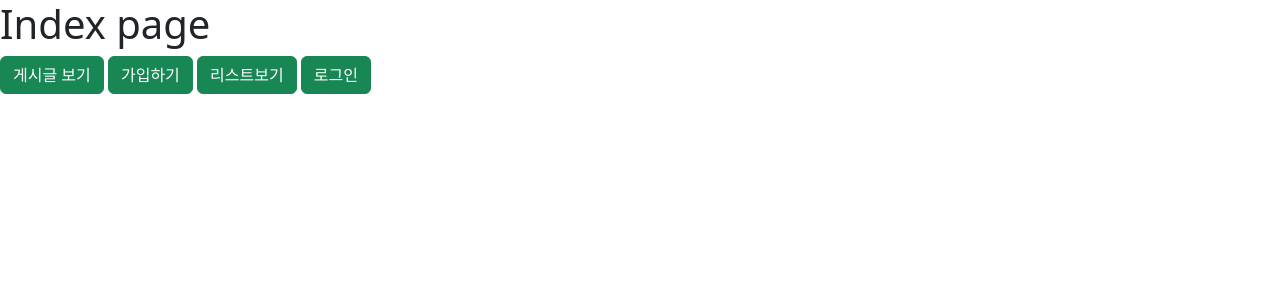
Repository: doridori890130/JSP
Page: http://localhost/jsp_project/mem/login_auth
An editor plug-in stored every save of this project. The page is shown before and after the next save, followed by the edit.
The browser window is 1280 px wide. The pictures show the whole page.
The page is served by Tomcat 9. Other server files are loaded and not shown. Queries for data that is not in the repository find no rows.

Above is the page before, as saved 2023-05-31 07:08:56.

### jsp_project4/jsp_project/src/main/webapp/index.jsp
<%@ page language="java" contentType="text/html; charset=UTF-8"
    pageEncoding="UTF-8"%>
<%@ taglib uri="http://java.sun.com/jsp/jstl/core" prefix="c" %>
<!DOCTYPE html>
<html>
<head>
<meta charset="UTF-8">
<!-- CSS only -->
<link href="https://cdn.jsdelivr.net/npm/bootstrap@5.2.2/dist/css/bootstrap.min.css" rel="stylesheet" integrity="sha384-Zenh87qX5JnK2Jl0vWa8Ck2rdkQ2Bzep5IDxbcnCeuOxjzrPF/et3URy9Bv1WTRi" crossorigin="anonymous">
<title>index</title>
</head>
<body>
	<h1>Index page</h1>
<c:if test="${ses.id ne null }">
${ses.id }님이 login 하였습니다. <br>
${ses.id }님은 ${ses.age}세입니다. <br>
계정생성일 : ${ses.reg_date }<br>
마지막 접속 : ${ses.last_login }<br>
<br>
<a href="/mem/modify"><button class="btn btn-primary">회원정보수정</button></a>
<a href="/mem/remove"><button class="btn btn-primary">회원탈퇴</button></a>

<br> <br> <br>
<a href="/brd/register"><button class="btn btn-success">게시글 작성</button></a>
</c:if>

<a href="/brd/page"><button class="btn btn-success">게시글 보기</button></a>
<a href="/mem/join"><button class="btn btn-success">가입하기</button></a>
<a href="/mem/list"><button class="btn btn-success">리스트보기</button></a>
<c:if test="${ses.id eq null }">
<a href="/mem/login"><button class="btn btn-success">로그인</button></a>
</c:if>
<c:if test="${ses.id ne null }">
<a href="/mem/logout"><button class="btn btn-info">로그아웃</button></a>
</c:if>

<script type="text/javascript">
const msg_login = `<c:out value="${msg_login}" />`;
console.log(msg_login);
if(msg_login === '0'){
	alert('로그인 정보가 올바르지 않습니다.');
}
</script>
</body>
</html>

### jsp_project4/jsp_project/src/main/java/Controller/MemberController.java
package Controller;

import java.io.IOException;
import java.util.List;

import javax.servlet.RequestDispatcher;
import javax.servlet.ServletException;
import javax.servlet.annotation.WebServlet;
import javax.servlet.http.HttpServlet;
import javax.servlet.http.HttpServletRequest;
import javax.servlet.http.HttpServletResponse;
import javax.servlet.http.HttpSession;

import org.slf4j.Logger;
import org.slf4j.LoggerFactory;

import domain.MemberVO;
import service.MemberService;
import service.MemberServiceImpl;

/**
 * Servlet implementation class MemberController
 */
@WebServlet("/mem/*")
public class MemberController extends HttpServlet {
	private static final long serialVersionUID = 1L;
	private static Logger log = LoggerFactory.getLogger(MemberController.class);
	private RequestDispatcher rdp; // 웹의 목적지 주소로 객체를 전달해주는 객체
    private String destpage;
    private int isOk;
    private MemberService msv;

    public MemberController() {
        msv = new MemberServiceImpl();
    }


	protected void service(HttpServletRequest request, HttpServletResponse response) throws ServletException, IOException {
		//characterENcoding 설정
		request.setCharacterEncoding("utf-8");
		response.setCharacterEncoding("utf-8");
		response.setContentType("text/html; charset=utf-8");

		String uri = request.getRequestURI();
		log.info(">>> uri : "+uri);
		String path = uri.substring(uri.lastIndexOf("/")+1);
		log.info(">>> path : "+path);

		switch(path) {
		case "join":
			destpage="/member/join.jsp";
			break;
		case "register":
			try {
				String id = request.getParameter("id");
				String password = request.getParameter("password");
				String email = request.getParameter("email");
				int age = Integer.parseInt(request.getParameter("age"));
				MemberVO mvo = new MemberVO(id,password,email,age);
				isOk = msv.register(mvo);
			} catch (Exception e) {
				e.printStackTrace();
			}
			break;
		case "login":
			destpage="/member/login.jsp";
			break;
		case "login_auth":
			try {
				String id = request.getParameter("id");
				String password = request.getParameter("password");
				MemberVO mvo= new MemberVO(id,password);
				MemberVO loginMvo = msv.login(mvo);
				if(loginMvo != null) {
					HttpSession ses = request.getSession();
					ses.setAttribute("ses", loginMvo);
					ses.setMaxInactiveInterval(10*60);
				}else {
					request.setAttribute("msg_login", 0);
				}
				destpage="/";
			} catch (Exception e) {
				e.printStackTrace();
			}
			break;
		case "logout":
			try {
				HttpSession ses = request.getSession();
				MemberVO mvo = (MemberVO )ses.getAttribute("ses");
				String id = mvo.getId();
				isOk = msv.lastlogin(id);
				ses.invalidate();

			} catch (Exception e) {
				e.printStackTrace();
			}
			destpage="/";
			break;
		case "modify":
			destpage="/member/modify.jsp";
			break;
		case "edit" :
			try {
				MemberVO mvo = new MemberVO(
						request.getParameter("id"),
						request.getParameter("password"),
						request.getParameter("email"),
						Integer.parseInt(request.getParameter("age")),
						request.getParameter("reg_date"),
						request.getParameter("last_login"));
				isOk=msv.modify(mvo);
				if(isOk>0) {
					request.setAttribute("mvo", mvo);
					HttpSession ses = request.getSession();
					ses.setAttribute("ses", mvo);
				}
				destpage="/";
			} catch (Exception e) {
				e.printStackTrace();
			}
			break;
		case "list" :
			try {
				List<MemberVO> list = msv.getList();
				request.setAttribute("list", list);
				destpage="/member/list.jsp";
			} catch (Exception e) {
				e.printStackTrace();
			}
			break;
		case "remove":
			try {
				HttpSession ses = request.getSession();
				MemberVO reMvo = (MemberVO)ses.getAttribute("ses");
				String delId= reMvo.getId();
				isOk = msv.remove(delId);
				ses.invalidate();
				destpage="/";
			} catch (Exception e) {
				e.printStackTrace();
			}
			break;
		}


		rdp = request.getRequestDispatcher(destpage);
		rdp.forward(request, response);
	}


	protected void doGet(HttpServletRequest request, HttpServletResponse response) throws ServletException, IOException {
		service(request,response);
	}


	protected void doPost(HttpServletRequest request, HttpServletResponse response) throws ServletException, IOException {
		service(request,response);
	}

}

### jsp_project4/jsp_project/src/main/java/service/MemberServiceImpl.java
package service;

import java.util.List;

import org.slf4j.Logger;
import org.slf4j.LoggerFactory;

import domain.MemberVO;
import repository.MemberDAO;
import repository.MemberDAOImpl;

public class MemberServiceImpl implements MemberService {
	private static Logger log = LoggerFactory.getLogger(MemberServiceImpl.class);
	private MemberDAO mdao;

	public MemberServiceImpl() {
		mdao= new MemberDAOImpl();
	}

	@Override
	public int register(MemberVO mvo) {
		log.info(">>register service");
		return mdao.register(mvo);
	}

	@Override
	public MemberVO login(MemberVO mvo) {
		log.info(">>login service");
		return mdao.login(mvo);
	}

	@Override
	public int lastlogin(String id) {
		log.info(">>lastlogin service");
		return mdao.lastlogin(id);
	}

	@Override
	public int modify(MemberVO mvo) {
		log.info(">>lastlogin service");
		return mdao.modify(mvo);
	}

	@Override
	public List<MemberVO> getList() {
		log.info(">>lastlogin service");
		return mdao.list();
	}

	@Override
	public int remove(String delId) {
		log.info(">>lastlogin service");
		return mdao.remove(delId);
	}
}

### jsp_project4/jsp_project/src/main/java/repository/MemberDAO.java
package repository;

import java.util.List;

import domain.MemberVO;

public interface MemberDAO {

	int register(MemberVO mvo);

	MemberVO login(MemberVO mvo);

	int lastlogin(String id);

	int modify(MemberVO mvo);

	List<MemberVO> list();

	int remove(String delId);

}

### jsp_project4/jsp_project/src/main/java/repository/MemberDAOImpl.java
package repository;

import java.util.List;

import org.apache.ibatis.session.SqlSession;
import org.slf4j.Logger;
import org.slf4j.LoggerFactory;

import domain.MemberVO;
import orm.DatabaseBuilder;



public class MemberDAOImpl implements MemberDAO {
	private static Logger log = LoggerFactory.getLogger(MemberDAOImpl.class);
	private SqlSession sql;
	private String NS = "MemberMapper.";

	public MemberDAOImpl() {
		new DatabaseBuilder();
		sql= DatabaseBuilder.getFactory().openSession();
	}

	@Override
	public int register(MemberVO mvo) {
		int isOk=sql.insert(NS+"register",mvo);
		if(isOk>0) {
			sql.commit();
		}
		return isOk;
	}

	@Override
	public MemberVO login(MemberVO mvo) {

		return sql.selectOne(NS+"login",mvo);
	}

	@Override
	public int lastlogin(String id) {
		int isOk=sql.update(NS+"lastlogin",id);
		if(isOk>0) {
			sql.commit();
		}
		return isOk;
	}

	@Override
	public int modify(MemberVO mvo) {
		int isOk=sql.update(NS+"modify",mvo);
		if(isOk>0) {
			sql.commit();
		}
		return isOk;
	}

	@Override
	public List<MemberVO> list() {

		return sql.selectList(NS+"list");
	}

	@Override
	public int remove(String delId) {
		int isOk=sql.delete(NS+"del",delId);
		if(isOk>0) {
			sql.commit();
		}
		return isOk;
	}
}

### jsp_project4/jsp_project/src/main/java/orm/DatabaseBuilder.java
package orm;


import java.io.IOException;
import org.apache.ibatis.io.Resources;
import org.apache.ibatis.session.SqlSessionFactory;
import org.apache.ibatis.session.SqlSessionFactoryBuilder;
import org.slf4j.Logger;
import org.slf4j.LoggerFactory;

public class DatabaseBuilder {
	private static Logger log = LoggerFactory.getLogger(DatabaseBuilder.class);
	private static SqlSessionFactory factory;
	private static final String config = "orm/MybatisConfig.xml";

	static {
		try {
			factory = new SqlSessionFactoryBuilder().build(Resources.getResourceAsReader(config));

		} catch (IOException e) {
			log.info("Mybatis 설정오류");
			e.printStackTrace();
		}
	}
	public static SqlSessionFactory getFactory() {
		return factory;
	}
}

### jsp_project4/jsp_project/src/main/java/domain/MemberVO.java
package domain;

public class MemberVO {
//	create table meminfo(
//			mno int auto_increment,
//			id varchar(100),
//			password varchar(100),
//			email varchar(100),
//			age int,
//			reg_date datetime default now(),
//			last_login datetime default null,
//			primary key(mno));
	private int mno;
	private String id;
	private String password;
	private String email;
	private int age;
	private String reg_date;
	private String last_login;

	public MemberVO() {}
	//resister (id, passwor, email, age)
	public MemberVO(String id ,String password, String email, int age) {
		this.id=id;
		this.password=password;
		this.email=email;
		this.age=age;
	}

	// login
	public MemberVO(String id, String password) {
		this.id=id;
		this.password=password;
	}

	//list(id, email, age, reg_date, last_login)
	public MemberVO(String id, String email,int age,String reg_date , String last_login) {
		this.id=id;
		this.email=email;
		this.age=age;
		this.reg_date=reg_date;
		this.last_login=last_login;
	}
	//modify (password, age, email)
	public MemberVO(String password, int age, String email) {
		this.password=password;
		this.age=age;
		this.email=email;
	}
	public MemberVO(String id, String password, String email, int age, String reg_date, String last_login) {

		this.id = id;
		this.password = password;
		this.email = email;
		this.age = age;
		this.reg_date = reg_date;
		this.last_login = last_login;
	}
	public int getMno() {
		return mno;
	}
	public void setMno(int mno) {
		this.mno = mno;
	}
	public String getId() {
		return id;
	}
	public void setId(String id) {
		this.id = id;
	}
	public String getPassword() {
		return password;
	}
	public void setPassword(String password) {
		this.password = password;
	}
	public String getEmail() {
		return email;
	}
	public void setEmail(String email) {
		this.email = email;
	}
	public int getAge() {
		return age;
	}
	public void setAge(int age) {
		this.age = age;
	}
	public String getReg_date() {
		return reg_date;
	}
	public void setReg_date(String reg_date) {
		this.reg_date = reg_date;
	}
	public String getLast_login() {
		return last_login;
	}
	public void setLast_login(String last_login) {
		this.last_login = last_login;
	}
	@Override
	public String toString() {
		return "MemberVo [mno=" + mno + ", id=" + id + ", password=" + password + ", email=" + email + ", age=" + age
				+ ", reg_date=" + reg_date + ", last_login=" + last_login + "]";
	}

}

### jsp_project4/jsp_project/src/main/java/domain/BoardVO.java
package domain;

public class BoardVO {
	private int bno;
	private String title;
	private String writer;
	private String content;
	private String reg_date;
	private int read_count;
	private String image_file;

	public BoardVO() {}

	//register(title, writer, content)
	public BoardVO(String title, String writer, String content) {
		this.title = title;
		this.writer = writer;
		this.content = content;
	}
	//list(bno, title, writer, reg_date)
	public BoardVO(int bno, String title, String writer,
			String reg_date, int read_count) {
		this.bno = bno;
		this.title = title;
		this.writer = writer;
		this.reg_date = reg_date;
		this.read_count = read_count;
	}
	//detail(all)
	public BoardVO(int bno, String title, String writer, String content, String reg_date, int read_count, String image_file) {
		this.bno = bno;
		this.title = title;
		this.writer = writer;
		this.content = content;
		this.reg_date = reg_date;
		this.read_count = read_count;
		this.image_file = image_file;
	}

	//update(bno, title, content)
	public BoardVO(int bno, String title, String content) {
		this.bno = bno;
		this.title =title;
		this.content=content;
	}

	//getter/setter
	public int getBno() {
		return bno;
	}

	public void setBno(int bno) {
		this.bno = bno;
	}

	public String getTitle() {
		return title;
	}

	public int getRead_count() {
		return read_count;
	}

	public void setRead_count(int read_count) {
		this.read_count = read_count;
	}

	public void setTitle(String title) {
		this.title = title;
	}

	public String getWriter() {
		return writer;
	}

	public void setWriter(String writer) {
		this.writer = writer;
	}

	public String getContent() {
		return content;
	}

	public void setContent(String content) {
		this.content = content;
	}

	public String getReg_date() {
		return reg_date;
	}

	public void setReg_date(String reg_date) {
		this.reg_date = reg_date;
	}


	public String getImage_file() {
		return image_file;
	}

	public void setImage_file(String image_file) {
		this.image_file = image_file;
	}

	@Override
	public String toString() {
		return "BoardVO [bno=" + bno + ", title=" + title + ", writer=" + writer + ", content=" + content
				+ ", reg_date=" + reg_date + ", read_count=" + read_count + "]";
	}




}

### jsp_project4/jsp_project/src/main/java/domain/CommentVO.java
package domain;

public class CommentVO {
	private int cno;
	private int bno;
	private String writer;
	private String content;
	private String reg_date;

	public CommentVO() {}

	//post(bno, writer, content)
	public CommentVO(int bno, String writer, String content) {
	this.bno=bno;
	this.writer=writer;
	this.content=content;
	}
	//(writer, content, cno)
	public CommentVO(String writer, String content, int cno) {
	this.writer = writer;
	this.content = content;
	this.cno = cno;
	}
	//modify(cno, content)
	public CommentVO(int cno, String content) {
		this.cno = cno;
		this.content = content;
	}
	//list(bno, cno, writer, content, reg_date)
	public CommentVO(int bno, int cno, String writer, String content,
			String reg_date) {
		this(bno, writer, content);
		this.cno=cno;
		this.reg_date=reg_date;
	}

	public int getCno() {
		return cno;
	}

	public void setCno(int cno) {
		this.cno = cno;
	}

	public int getBno() {
		return bno;
	}

	public void setBno(int bno) {
		this.bno = bno;
	}

	public String getWriter() {
		return writer;
	}

	public void setWriter(String writer) {
		this.writer = writer;
	}

	public String getContent() {
		return content;
	}

	public void setContent(String content) {
		this.content = content;
	}

	public String getReg_date() {
		return reg_date;
	}

	public void setReg_date(String reg_date) {
		this.reg_date = reg_date;
	}

	@Override
	public String toString() {
		return "CommentVO [cno=" + cno + ", bno=" + bno + ", writer=" + writer + ", content=" + content + ", reg_date="
				+ reg_date + "]";
	}
}

### jsp_project4/jsp_project/src/main/java/domain/PagingVO.java
package domain;

public class PagingVO {
	private int pageNo;
	private int qty;

	private String type;
	private String keyword;

	public PagingVO() {
		this(1,10);
	}
	public PagingVO(int pageNo, int qty) {
		this.pageNo=pageNo;
		this.qty=qty;
	}

	public int getPageStart() {
		return (this.pageNo-1)*10;
	}

	public String[] gettypeToArray() {
		return this.type == null ? new String[] {} : this.type.split("");
	}
	public int getPageNo() {
		return pageNo;
	}
	public void setPageNo(int pageNo) {
		this.pageNo = pageNo;
	}
	public int getQty() {
		return qty;
	}
	public void setQty(int qty) {
		this.qty = qty;
	}
	public String getType() {
		return type;
	}
	public void setType(String type) {
		this.type = type;
	}
	public String getKeyword() {
		return keyword;
	}
	public void setKeyword(String keyword) {
		this.keyword = keyword;
	}
	@Override
	public String toString() {
		return "PagingVO [pageNo=" + pageNo + ", qty=" + qty + ", type=" + type + ", keyword=" + keyword + "]";
	}

}

After the next save:
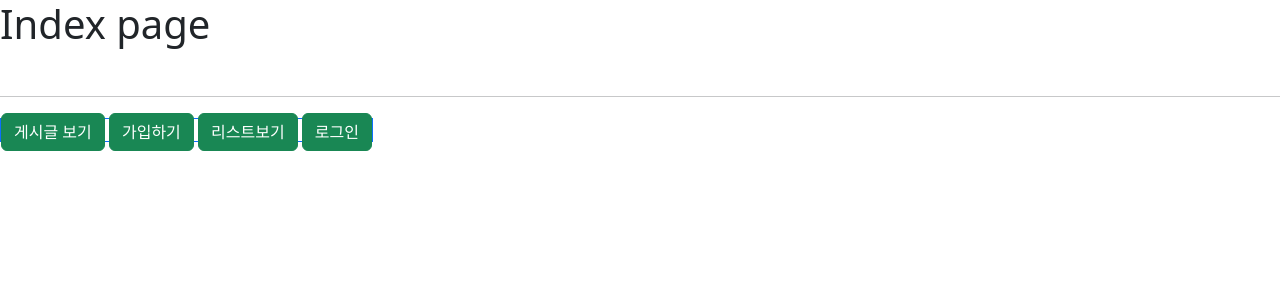
Saved 2 min 16 s later.
--- a/jsp_project4/jsp_project/src/main/webapp/index.jsp
+++ b/jsp_project4/jsp_project/src/main/webapp/index.jsp
@@ -11,11 +11,16 @@
 </head>
 <body>
 	<h1>Index page</h1>
-<c:if test="${ses.id ne null }">
-${ses.id }님이 login 하였습니다. <br>
-${ses.id }님은 ${ses.age}세입니다. <br>
-계정생성일 : ${ses.reg_date }<br>
-마지막 접속 : ${ses.last_login }<br>
+	<br>
+	<hr>
+	<span class="border border-primary">
+	<c:if test="${ses.id ne null }">
+	${ses.id }님이 login 하였습니다. <br>
+	${ses.id }님은 ${ses.age}세입니다. <br>
+	계정생성일 : ${ses.reg_date }<br>
+	마지막 접속 : ${ses.last_login }<br>
+
+	</span>
 <br>
 <a href="/mem/modify"><button class="btn btn-primary">회원정보수정</button></a>
 <a href="/mem/remove"><button class="btn btn-primary">회원탈퇴</button></a>
